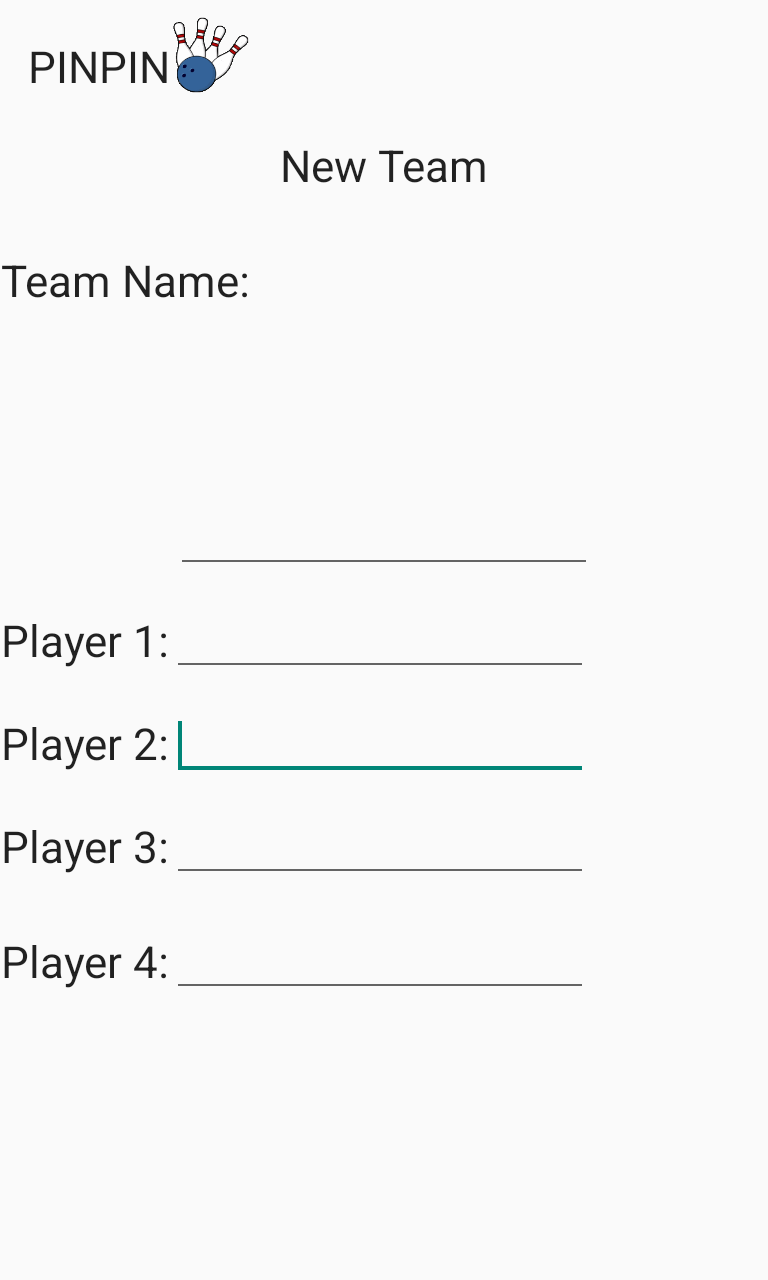
Repository: Atlaspud/TeamMasterE
Layout: BowlingGame/res/layout/new_team_fragment.xml
These files come from the project's save history. The layout is drawn as it stood at one moment and after the next save; the edit follows.
It is drawn on a 768 x 1280 px phone screen (xhdpi) without system bars, with theme AppTheme; the app's code is not run.

Above is the layout before, as saved 2014-10-28 14:23:37.

After the next save:
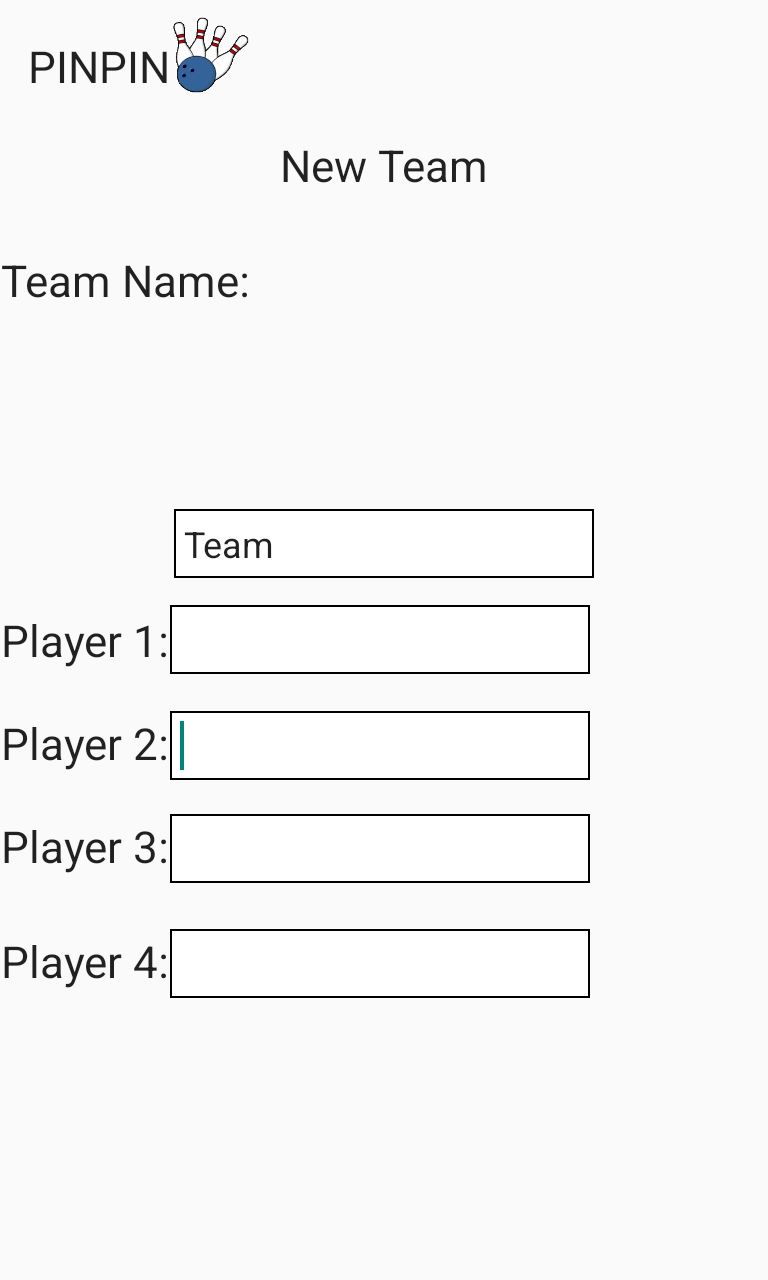
Saved 8 min 32 s later.
--- a/BowlingGame/res/layout/new_team_fragment.xml
+++ b/BowlingGame/res/layout/new_team_fragment.xml
@@ -93,7 +93,10 @@
         android:layout_above="@+id/textView4"
         android:layout_centerHorizontal="true"
         android:layout_marginBottom="16dp"
-        android:ems="10" />
+        android:background="@drawable/back"
+        android:ems="10"
+        android:padding="5dp"
+        android:text="Team" />
 
     <EditText
         android:id="@+id/playerNameOneTxt"
@@ -101,7 +104,9 @@
         android:layout_height="wrap_content"
         android:layout_alignLeft="@+id/imageView1"
         android:layout_centerVertical="true"
-        android:ems="10" />
+        android:background="@drawable/back"
+        android:ems="10"
+        android:padding="5dp" />
 
     <EditText
         android:id="@+id/playerNameTwoTxt"
@@ -110,7 +115,9 @@
         android:layout_alignBaseline="@+id/TextView01"
         android:layout_alignBottom="@+id/TextView01"
         android:layout_alignLeft="@+id/playerNameOneTxt"
-        android:ems="10" >
+        android:background="@drawable/back"
+        android:ems="10"
+        android:padding="5dp" >
 
         <requestFocus />
     </EditText>
@@ -122,7 +129,9 @@
         android:layout_alignBaseline="@+id/TextView02"
         android:layout_alignBottom="@+id/TextView02"
         android:layout_alignLeft="@+id/playerNameTwoTxt"
-        android:ems="10" />
+        android:background="@drawable/back"
+        android:ems="10"
+        android:padding="5dp" />
 
     <EditText
         android:id="@+id/playerNameFourTxt"
@@ -131,6 +140,8 @@
         android:layout_alignBaseline="@+id/TextView03"
         android:layout_alignBottom="@+id/TextView03"
         android:layout_alignLeft="@+id/playerNameThreeTxt"
-        android:ems="10" />
+        android:background="@drawable/back"
+        android:ems="10"
+        android:padding="5dp" />
 
 </RelativeLayout>
